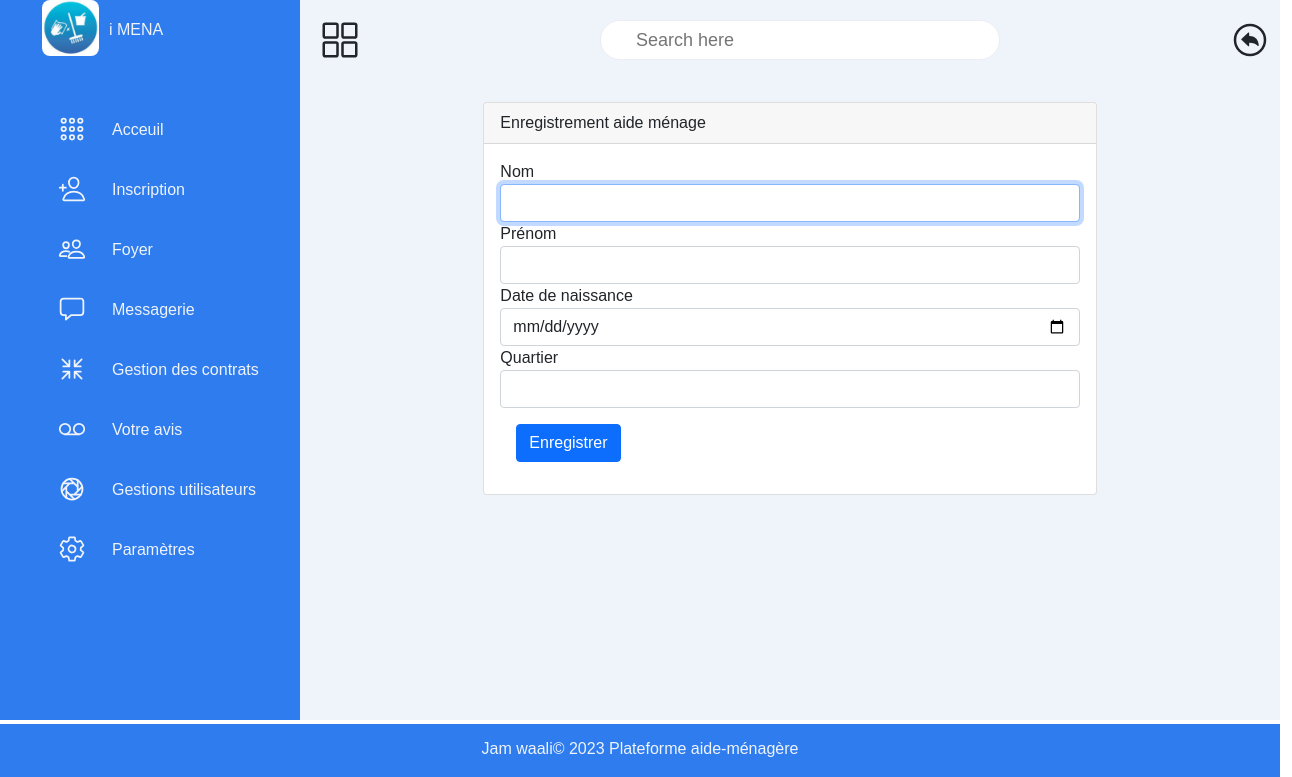
Repository: ibradicko384/soute
Page: http://localhost/menagere
An editor plug-in stored every save of this project. The page is shown before and after a run of saves, followed by the edit.
The browser window is 1280 px wide. The page is 1292 px wide, so the pictures cover 1292 px, including what lies to the right of the window. The pictures show the whole page.
Some web fonts or font styles are not loaded; a fallback is used. The page is served by the project's Laravel application, run on PHP 8.4 with Laravel 10. Queries for data that is not in the repository find no rows.

Above is the page before, as saved 2023-11-29 17:49:48.
Console error: ReferenceError: $ is not defined

After the next 2 saves:
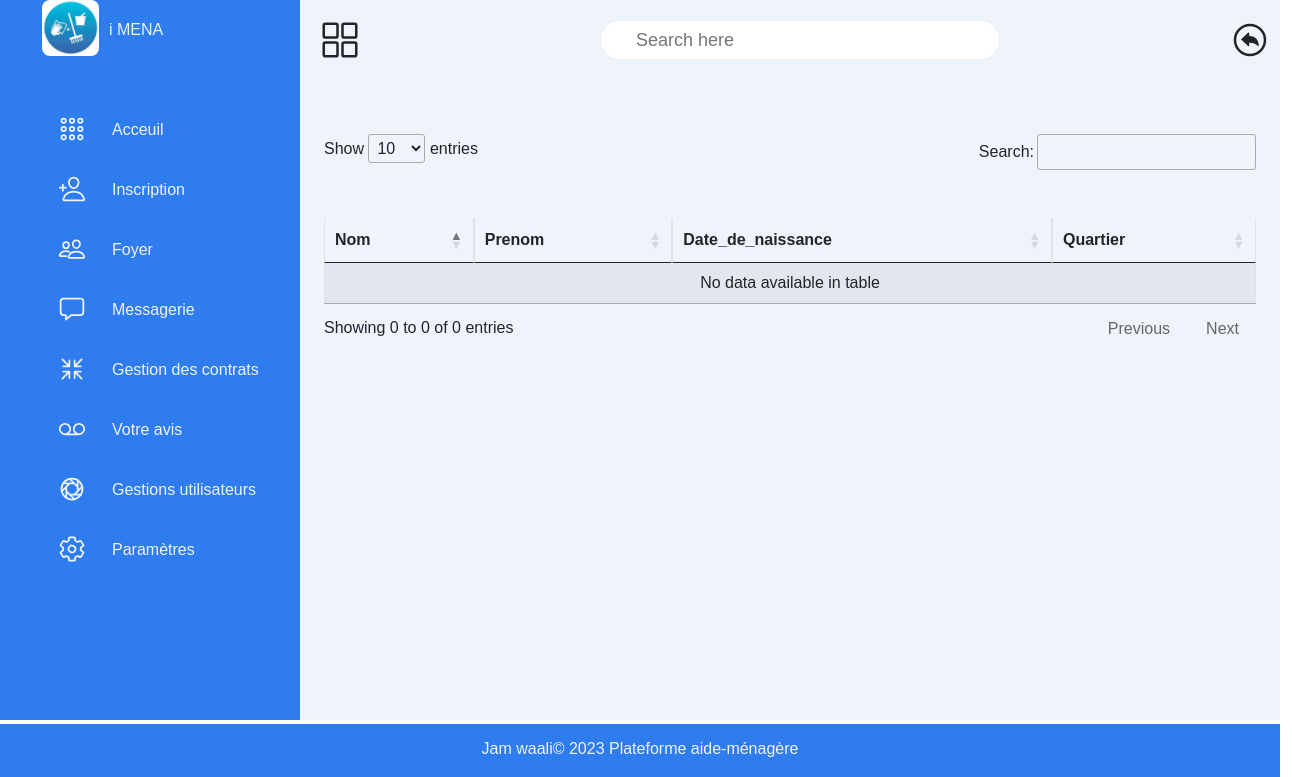
The 2 saves are shown as one change because they came seconds apart.
The last was saved 38 s later.
--- a/app/Http/Controllers/AidemenageController.php
+++ b/app/Http/Controllers/AidemenageController.php
@@ -45,7 +45,7 @@
     public function AidePublicAidesMenageres(): \Illuminate\Contracts\View\View|\Illuminate\Contracts\View\Factory
     {
         $aidesMenageres = Aidemenage::all();
-        return view('backoffice.menagere', compact('aidesMenageres'));
+        return view('backoffice.liste_menagere', compact('aidesMenageres'));
     }
 
     public function ListeMenagere(): \Illuminate\Contracts\View\View|\Illuminate\Contracts\View\Factory

After the 4 saves that followed:
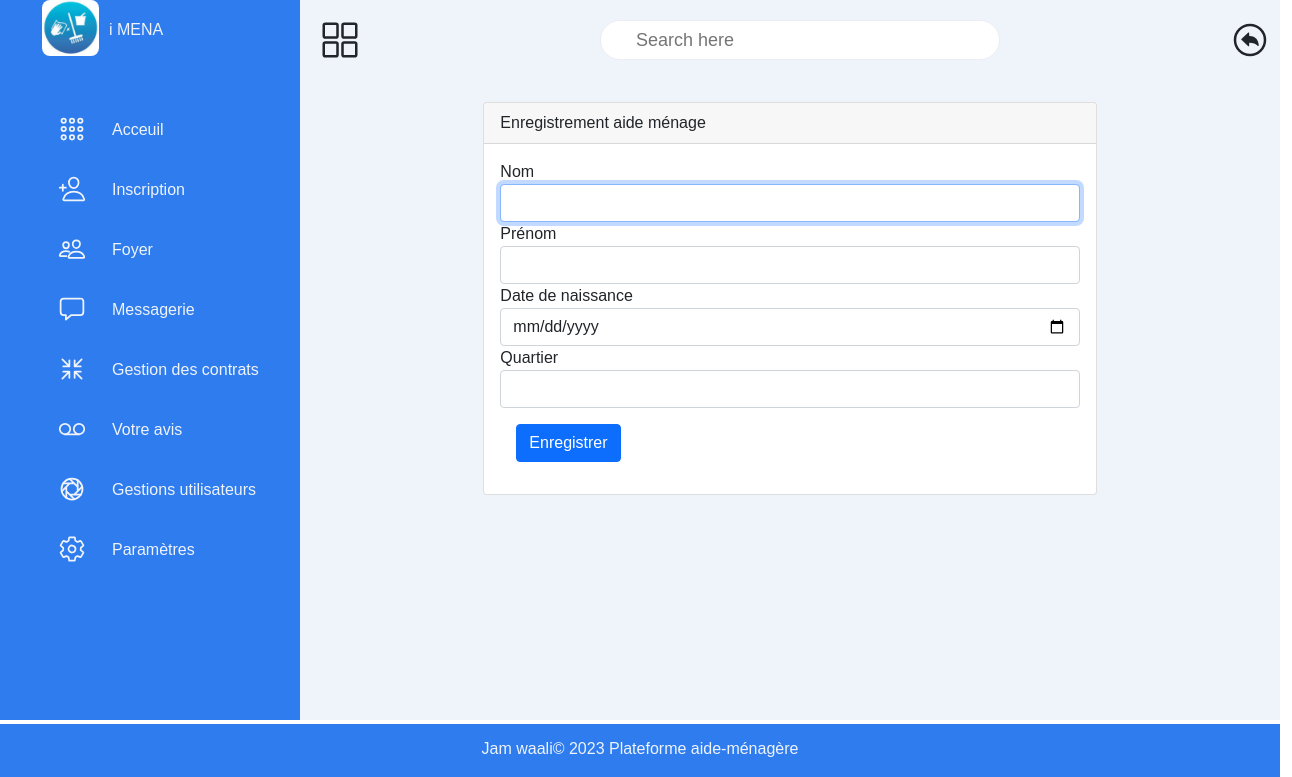
The 4 saves are shown as one change because 1 left the picture as it was and some came seconds apart.
The last was saved 92 s later.
--- a/app/Http/Controllers/AidemenageController.php
+++ b/app/Http/Controllers/AidemenageController.php
@@ -45,7 +45,7 @@
     public function AidePublicAidesMenageres(): \Illuminate\Contracts\View\View|\Illuminate\Contracts\View\Factory
     {
         $aidesMenageres = Aidemenage::all();
-        return view('backoffice.liste_menagere', compact('aidesMenageres'));
+        return view('backoffice.menagere', compact('aidesMenageres'));
     }
 
     public function ListeMenagere(): \Illuminate\Contracts\View\View|\Illuminate\Contracts\View\Factory
